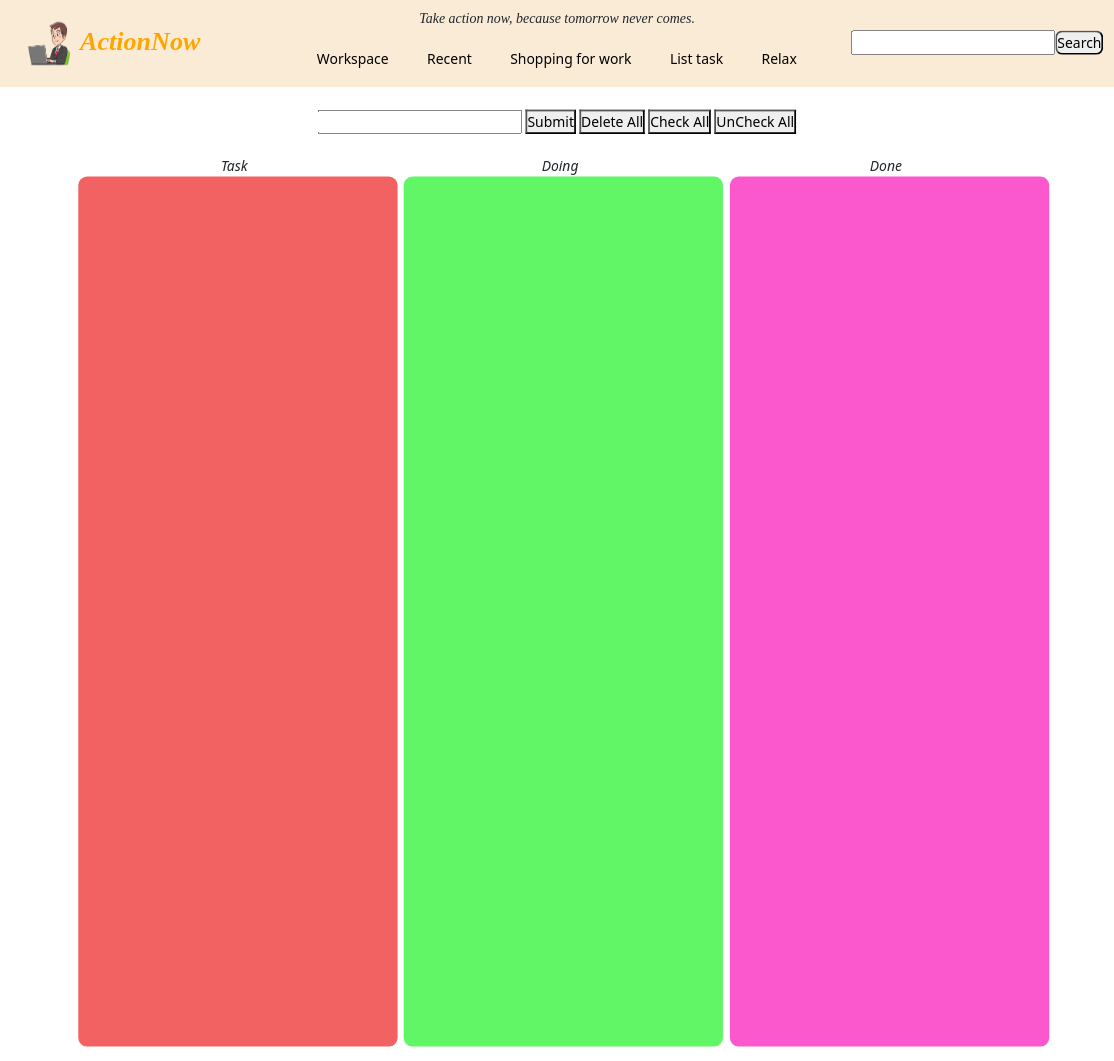
Repository: huavantinh/todo
Page: index.html
An editor plug-in stored every save of this project. The page is shown before and after a run of saves, followed by the edit.
The browser window is 1280 px wide. The pictures show the whole page, at 87% of full size.

Above is the page before, as saved 2023-04-07 11:00:06.

### index.html
<!DOCTYPE html>
<html lang="en">

<head>
  <meta charset="UTF-8" />
  <meta http-equiv="X-UA-Compatible" content="IE=edge" />
  <meta name="viewport" content="width=device-width, initial-scale=1.0" />
  <title>Document</title>
  <link rel="stylesheet" href="./css/style.css" />
  <link rel="stylesheet" href="https://cdn.jsdelivr.net/npm/bootstrap@5.2.3/dist/css/bootstrap.min.css"
    integrity="sha384-rbsA2VBKQhggwzxH7pPCaAqO46MgnOM80zW1RWuH61DGLwZJEdK2Kadq2F9CUG65" crossorigin="anonymous" />
</head>

<body>
  <nav class="nav-bar navbar navbar-default">
    <div class="container-fluid">
      <div class="brand">
        <!-- line1top -->
        <img src="./css/img/logo-brand.png" alt="Brand" />
        <i id="i1">ActionNow</i>
        <i id="i2">Take action now, because tomorrow never comes.</i>
        <!-- search  -->
        <div class="search-box">
          <input type="text" />
          <button>Search</button>
        </div>
      </div>
      <!-- menu  -->
      <div class="nav-menu">
        <div class="list-menu">
          <a href="">Workspace</a>
          <a href="">Recent</a>
          <a href="">Shopping for work</a>
          <a href="">List task</a>
          <a href="">Relax</a>
        </div>
      </div>
    </div>
  </nav>
  <div>

    <div class="container">
      <div class="add">
        <div class="box-add">
          <div class="d-inline-block position-relative">
            <input id="input-sub" type="text" />
            <span style="
                  color: #656966;
                  font-size: 10px;
                  position: absolute;
                  bottom: 0;
                  right: 0;
                " class="message" id="new-task-message">Please enter new task!</span>
          </div>

          <button id="button-submit" onclick="submit()">Submit</button>
          <button id="delete" onclick="deleteAll()">Delete All</button>
          <button id="checkall" onclick="checkAll(this)">Check All</button>
          <button id="uncheckall" onclick="unCheckAll(this)">
            UnCheck All
          </button>
        </div>
      </div>
      <div class="table">
        <div class="tasklist col-list">
          <i id="i1">Task</i>
          <div id="products" class="col-item col-1"></div>
        </div>

        <div class="doinglist col-list">
          <i id="i2">Doing</i>
          <div id="idoing" class="col-item col-2"></div>
        </div>

        <div class="donelist col-list">
          <i id="i3">Done</i>
          <div id="idoing" class="col-item col-3"></div>
        </div>

      </div>
    </div>
  </div>
  </div>

  <script src="https://code.jquery.com/jquery-3.6.4.min.js"
    integrity="sha256-oP6HI9z1XaZNBrJURtCoUT5SUnxFr8s3BzRl+cbzUq8=" crossorigin="anonymous"></script>
  <script type="text/javascript" src="https://cdn.jsdelivr.net/npm/bootstrap@5.2.3/dist/js/bootstrap.min.js"></script>
  <script src="./app.js"></script>
</body>

</html>

### css/style.css
/* resetcss */
*{
    padding: 0;
    margin: 0;
}

/* Nav */
.container-fluid{
    position: fixed;
    top: 0;
    left: 0;
    right: 0;
    z-index: 99999;
    background-color: antiquewhite;
}


.brand{
    position: relative;
    display: flex;
    width: 100%;
    height: 50px;
}
.nav-menu{
    display: flex;
    justify-content: center;
    width: 100%;
    height: 50px;
    border-radius: 10px;
}
.nav-menu .list-menu{
    position: absolute;
    justify-content: center;
    align-items: center;
    margin-top: 5px;
}
.nav-menu .list-menu a{
    color: black;
    text-decoration: none;
    font-family: inherit;
    font-weight: 450;
    margin: 0 20px;
}
.brand .search-box{
    justify-content: center;
    align-items: center;
    position: absolute;
    right: 0;
    top: 70%;
    display: flex;
    border: none;
    cursor: pointer;
}

.search-box button {
    border-radius: 8px;
}

.search-box button:hover {
    background-color:orange;;
    border-radius: 8px;
}
.brand img {
    position: relative;
    left: 20px;
    position: relative;
    top: 50%;
    width: 50px;
    height: 50px;
    border-color: orange;
}
.brand #i1{
    position: relative;
    left: 20px;
    top: 30%;
    margin: 10px;
    float: left;
    width: 390px;
    max-width: 400px;
    font-size: 30px;
    color: orange;
    font-family: cursive;
    font-weight: 700;
}

.brand #i2{
    justify-content: center;
    align-items: center;
    margin: 10px;
    width: 390px;
    max-width: 400px;
    font-family: cursive;
    font-weight: 500;
}

body{
    position: relative;
    padding-top: 90px;
}


/* content  */
.add  {
    display: flex;
    margin-top: 20px;
}
.box-add{
    margin: auto ;
}

.message
{
    display: none;
}
.error-message {
    display: inline;;
}

.table {
    display: flex;
    width: 100%;
    position: relative;
}

.table .col-list {
    width: 100% / 3;
    margin-top: 20px;
}

.table .col-item {
    display: flex;
    float: left;
    width: calc(1116px / 3 - 5px );
    height: 1000px;
    justify-content: center;
    background-color: rgb(231, 227, 108);
    border-radius: 10px;
    margin-left: 7.5px;
}

.table .col-2 {
    background-color: rgb(96, 246, 101);
}

.table .col-3 {
    background-color: rgb(252, 88, 206);
}


.table .col-list i {
    display: block;
    text-align: center;
    margin-top: 5px;
}

.tasklist #products {
    float: left;
    border-radius: 10px;
    width: calc(1116px / 3 - 5px );
    justify-content: center;
    background-color: rgb(243, 98, 98);
    display: inline;
}

#products .product1 {
    position: relative;
    margin-left: 10px;
    border-bottom: 1px solid #636363 ;
    height: 30px;
    align-items: center;
    display: flex;
}
#products .product1 .taskname{
    position: absolute;
    text-overflow: clip;
    display: block;
    width: 70%;
    top: 2px;
}

.checkbox {
    position: absolute;
    margin-right: 10px;
    color: aquamarine;
    right: 70px;
    top: 8px;
}

.product1 button {
    border-radius: 10px;
    background-color: #d6d6d6;
    max-height: 90%;
    position: absolute;
    margin-left: 280px;
}

### app.js
let todos =
  localStorage && localStorage.getItem("todolist")
    ? JSON.parse(localStorage.getItem("todolist"))
    : [];

function submit() {
  let textBox = document.getElementById("input-sub");
  let content = textBox.value;
  let randId = Math.random(); // 0.1235
  document.getElementById("new-task-message").classList.add("error-message");
  if (content == "") {
    onkeydown = function () {
      document
        .getElementById("new-task-message")
        .classList.remove("error-message");
    };
    return;
  } else {
    addContent(content, randId);

    textBox.value = "";

    //f5 =>
    todos.push(content);
    setstorages()
  }
}

function setstorages() {
  localStorage && localStorage.setItem("todolist", JSON.stringify(todos));
}

function addContent(content, randId) {
  document.getElementById("new-task-message").classList.remove("error-message");

  $("#products").append(
    '<div style="color: black" class="product1" id="row' + randId + '">' +
      '<div class="taskname">' + content + '</div>' +
      '<div class="checkbox-item"><input id="' +
      '"  class="checkbox" type="checkbox"  onclick="checkItem(event)"/></div> <button class"delete-item" onclick="deleteItem(event)">Delete</button>' +
      "</div>"
  );
}

function deleteAll() {
  var products = document.getElementById("products");
  products.innerHTML = "";
}

function checkAll() {
  var checkboxes = document.getElementsByClassName("checkbox");
  for (var checkbox of checkboxes) {
    checkbox.checked = true;
    checkbox.closest("div").parentNode.style.color = "red";
  }
}

function unCheckAll() {
  var checkboxes = document.getElementsByClassName("checkbox");
  for (var checkbox of checkboxes) {
    checkbox.checked = false;
    checkbox.closest("div").parentNode.style.color = "orange";
  }
}
var textBox2 = document.getElementById("input-sub");
textBox2.addEventListener("keyup", function (event) {
  if (event.keyCode === 13) {
    submit();
  }
});

function deleteItem(event) {
  var products = document.getElementById("products");
  var arraypro= document.getElementsByClassName("product1");
  var div = event.currentTarget.parentNode;
  // var div2 = event.currentTarget.parentNode.parentNode;

  console.log(div)
  // console.log(div2)

  let index1 = Array.prototype.indexOf.call(arraypro, div );
  let index2 = Array.prototype.indexOf.call(todos, index1);
  todos.splice(index2,1);
  products.removeChild(div);
  setstorages()
}


function checkItem(event) {
  var currenti = event.currentTarget;
  var color = currenti.checked ? "red" : "orange";
  // debugger
  currenti.closest("div").parentNode.style.color = color;
  let div = event.currentTarget.parentNode;
  let div2 = event.currentTarget.parentNode.parentNode;
  console.log(div2);

  //move colum
  let produclist= document.getElementsByClassName("product1");
  // var  produclistj = JSON.parse(produclist);
  let produclistj = Array.from(produclist)
  console.log(produclistj);

  let index1 = Array.prototype.indexOf.call(produclistj, div2 );
  console.log(index1);
  produclistj.splice(index1,1);
  console.log(produclistj);

  //create array and insert to done list
  let doinglist = [];
  doinglist.push(div2);
  console.log(doinglist);
  $("#idoing").append(`<div>` + doinglist + `</div>`)
  // change background color when clicked checkbox
  // var bgcolor = currenti.checked ? "blue" : "";
  // currenti.closest("div").parentNode.style.backgroundColor = bgcolor;
}

document.addEventListener("DOMContentLoaded", function () {
  if (Array.isArray && todos.length > 0) {
    todos.forEach(function printlocal(content, index) {
      addContent(content, index);
    });
  }
});

After the next 2 saves:
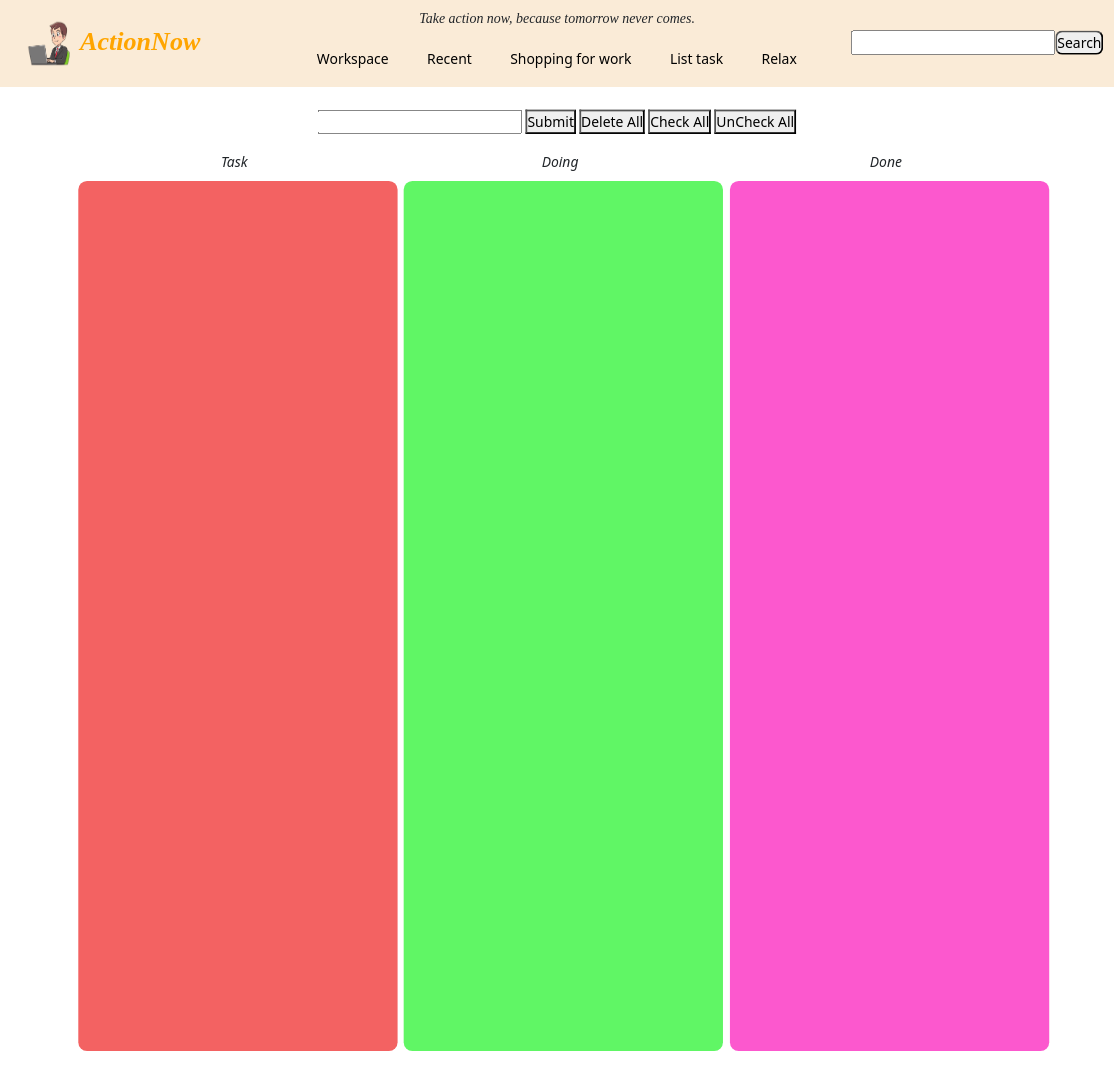
The 2 saves are shown as one change because they came seconds apart.
The last was saved 15 s later.
--- a/css/style.css
+++ b/css/style.css
@@ -150,7 +150,7 @@ body{
 .table .col-list i {
     display: block;
     text-align: center;
-    margin-top: 5px;
+    margin-bottom: 10px;
 }
 
 .tasklist #products {
